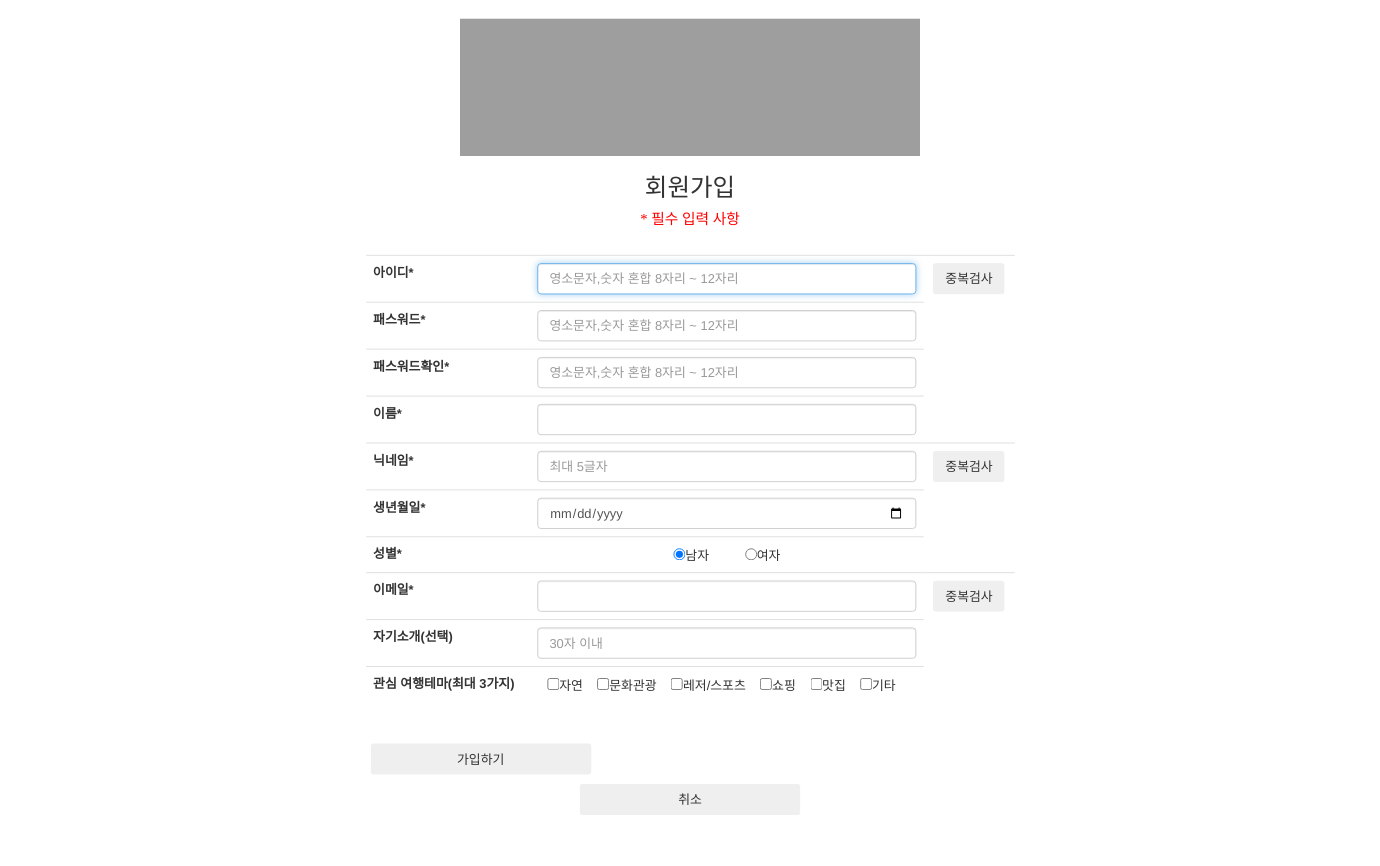
Repository: yhj4130/FinalProject
Page: http://localhost/TogatherProject/WEB-INF/views/login/Join.jsp
These files come from the project's save history. The page is drawn as it stood at one moment and after a run of saves; the edit follows.
The browser window is 1280 px wide. The page is 1500 px wide, so the pictures cover 1500 px, including what lies to the right of the window. The pictures show the whole page, at 92% of full size.
Pictures or frames that could not be fetched are drawn as grey boxes. The page is served by Tomcat 9. Nobody is signed in. The template is opened directly, without the code that normally fills it, so the values that code supplies are empty.

Above is the page before, as saved 2019-07-12 13:50:56.

### TogatherProject/src/main/webapp/WEB-INF/views/login/Join.jsp
<%@ page contentType="text/html; charset=UTF-8"%>
<%@ taglib prefix="c" uri="http://java.sun.com/jsp/jstl/core"%>

<%
	request.setCharacterEncoding("UTF-8");
	String cp = request.getContextPath();
%>
<!DOCTYPE html>
<html>
<head>
<meta charset="UTF-8">
<title>To_gather</title>
<script src="http://code.jquery.com/jquery-latest.min.js"></script>
<link rel="stylesheet" href="https://maxcdn.bootstrapcdn.com/bootstrap/3.3.2/css/bootstrap.min.css">
<link rel="stylesheet" href="https://maxcdn.bootstrapcdn.com/bootstrap/3.3.2/css/bootstrap-theme.min.css">
<script src="https://maxcdn.bootstrapcdn.com/bootstrap/3.3.2/js/bootstrap.min.js"></script>

<script type="text/javascript">

	function themaCodeArr() {
		var themaCode = [];
		$("input[name='themaCode']:checked").each(function(i){
			themaCode.push($(this).val());
		})
	}

</script>

</head>
<body>
	<div class="container" style="width: 1500px;">
		<div class="row">
			<div class="col-sm-12 text-center">
				<div class="col-sm-3"></div>

				<div class="col-sm-6">
					<h2><a href="beforemain.do"><img src="<%=cp %>/resources/images/To_gather.png" style="width: 500px;" height="150px;"></a></h2>
					<h3><span style="font-family: 맑은 고딕; font-size: 20pt;">회원가입</span></h3>
					<h5><span style="font-family: 맑은 고딕; font-size: 12pt; color: red;">* 필수 입력 사항</span></h5>
					<br>
					<form action="joininsert.do"  method="post" id="form" >
						<table class="table table-boardered">
							<tr>
								<th>아이디*</th>
								<td>
									<input type="text" class="form-control" id="userId" name="userId"
									placeholder="영소문자,숫자 혼합 8자리 ~ 12자리" onkeydown="inputIdChk()">
								</td>
								<td>
									<button type="button" class="btn" id="idCheckBtn">중복검사</button>
									<input type="hidden" id="idCheck" value="idUncheck">
								</td>
							</tr>
							<tr>
								<th>패스워드*</th>
								<td><input type="password" class="form-control" id="userPw" name="userPw"
									placeholder="영소문자,숫자 혼합 8자리 ~ 12자리"></td>
							</tr>

							<tr>
								<th>패스워드확인*</th>
								<td><input type="password" class="form-control" id="pw2" name="pw2"
									placeholder="영소문자,숫자 혼합 8자리 ~ 12자리"></td>
							</tr>

							<tr>
								<th>이름*</th>
								<td><input type="text" class="form-control" name="name" id="name"></td>
							</tr>

							<tr>
								<th>닉네임*</th>
								<td><input type="text" class="form-control" id="nickName" name="nickName"
									placeholder="최대 5글자" onkeydown="inputNickNameChk()">
								</td>
								<td>
									<button type="button" class="btn" id="nicknameCheckBtn">중복검사</button>
									<input type="hidden" id="nicknameCheck" value="nicknameUncheck">
								</td>
							</tr>

							<tr>
								<th>생년월일*</th>
								<td><input type="date" class="form-control" id="birth" name="birth"></td>

							</tr>

							<tr>
								<th>성별*</th>
								<td>
									<input type="radio" name="genderCode" value="1" checked="checked">남자
									&nbsp;&nbsp;&nbsp;&nbsp;&nbsp;&nbsp;&nbsp;&nbsp;
									<input type="radio" name="genderCode" value="2">여자</td>
							</tr>

							<tr>
								<th>이메일*</th>
								<td>
									<input type="email" class="form-control" id="email" name="email" onkeydown="inputEmailChk()">
								</td>
								<td>
									<button type="button" class="btn" id="emailCheckBtn">중복검사</button>
									<input type="hidden" id="emailCheck" value="emailUncheck">
								</td>
							</tr>

							<tr>
								<th>자기소개(선택)</th>
								<td><input type="text" class="form-control" id="intro" name="intro"
									placeholder="30자 이내"></td>
							</tr>


							<tr>
								<th>관심 여행테마(최대 3가지)</th>
								<td><input type="checkbox" name="themaCode" value="1" onclick="javascript:chk(this)">자연
									&nbsp;&nbsp; <input type="checkbox" name="themaCode" value="2" onclick="javascript:chk(this)">문화관광
									&nbsp;&nbsp; <input type="checkbox" name="themaCode" value="3" onclick="javascript:chk(this)">레저/스포츠
									&nbsp;&nbsp; <input type="checkbox" name="themaCode" value="4" onclick="javascript:chk(this)">쇼핑
									&nbsp;&nbsp; <input type="checkbox" name="themaCode" value="5" onclick="javascript:chk(this)">맛집
									&nbsp;&nbsp; <input type="checkbox" name="themaCode" value="6" onclick="javascript:chk(this)">기타
									&nbsp;&nbsp;</td>
							</tr>

						</table>
						<br>
						<div style="margin-bottom: 50px;">
						<button type="submit" id="join" name="join" class="btn btn-block" style="width: 240px; margin: 5px;" >가입하기</button>
						<button type="button" class="btn" style="width: 240px; margin: 5px;" onclick="history.go(-1); return false;">취소</button>
						</div>
					</form>

				</div>

			</div>
		</div>
	</div>
<script type="text/javascript">

$("#userId").focus();

// 다시 중복체크
function inputIdChk() {
	document.getElementById("idCheck").value = "idUnCheck";
}
function inputNickNameChk() {
	document.getElementById("nicknameCheck").value = "nicknameUnCheck";
}
function inputEmailChk() {
	document.getElementById("emailCheck").value = "emailUnCheck";
}

	$(document).ready(function()
	{
		var id = /^[A-Za-z0-9+]{8,12}$/;

		var pw = /^[A-Za-z0-9+]{8,12}$/;

		$("#join").click(function()
		{

			if($("#userId").val()=="" || $("#userPw").val()=="" || $("#pw2").val()=="" || $("#name").val()=="" || $("#nickName").val()==""
					|| $("#birth").val()==""  || $("#email").val()=="")
			{
				alert("필수 항목이 누락되었습니다.");
				return false;
			}

			if (!id.test(document.getElementById("userId").value))
			{
				alert("아이디가 조건에 맞지 않습니다");
				$("#userId").focus();
				return false;
			}

			if (!pw.test(document.getElementById("userPw").value))
			{
				alert("패스워드가 조건에 맞지 않습니다");
				$("#userPw").focus();
				return false;
			}

			if(document.getElementById("userPw").value != document.getElementById("pw2").value)
			{
				alert("패스워드와 패스워드확인이 일치하지 않습니다. ");
				$("#pw2").focus();
				return false;
			}

	        if($("#nickName").val().length > 5)
	        {
	        	alert("닉네임은 최대 5글자 입니다.");
	        	$("#nickName").focus();
	            return false;
	        }

	        if($("#intro").val().length > 30)
	        {
	        	alert("30자 이내로 작성해주세요.");
	        	$("#intro").focus();
	            return false;
	        }

			if($("#idCheck").val() != "idCheck")
			{
				alert("아이디를 중복체크 해주세요!");
				return false;
			}

			if($("#nicknameCheck").val() !="nicknameCheck")
			{
				alert("닉네임을 중복체크 해주세요!");
				return false;
			}

			if($("#emailCheck").val()!="emailCheck")
			{
				alert("이메일을 중복체크 해주세요!");
				return false;
			}
		});

		$("#idCheckBtn").click(function() {
			var userId = $("#userId").val();

			if(userId == "")
			{
				alert("아이디를 입력해주세요.");
				return false;
			}

			$.ajax({
				url : "<%=cp%>/idcheck.do",
				type : "post",
				data : {'userId':userId},
				success: function(count) {

					if (!id.test(document.getElementById("userId").value))
					{
						alert("아이디가 조건에 맞지 않습니다");
						$("#userId").focus();
						return false;
					}

					// 중복안됨
					if(count == 0)
					{
						alert("사용가능한 아이디입니다.");
						document.getElementById("idCheck").value = "idCheck";

					}
					else
					{
						alert("중복된 아이디입니다.");
						return false;
					}
				}
			});
		});

		$("#nicknameCheckBtn").click(function() {
			var nickName = $("#nickName").val();

			if(nickName == "")
			{
				alert("닉네임을 입력해주세요.");
				return false;
			}

			$.ajax({
				url : "<%=cp%>/nicknamecheck.do",
				type : "post",
				data : {'nickName':nickName},
				success: function(count) {

					if($("#nickName").val().length > 5)
			        {
			        	alert("닉네임은 최대 5글자 입니다.");
			        	$("#nickName").focus();
			            return false;
			        }

					// 중복안됨
					if(count == 0)
					{
						alert("사용가능한 닉네임입니다.");
						document.getElementById("nicknameCheck").value = "nicknameCheck";
					}
					else
					{
						alert("중복된 닉네임입니다.");
						return false;
					}
				}
			});
		});

		$("#emailCheckBtn").click(function() {
			var email = $("#email").val();

			if(email == "")
			{
				alert("이메일을 입력해주세요.");
				return false;
			}

			$.ajax({
				url : "<%=cp%>/emailcheck.do",
				type : "post",
				data : {'email':email},
				success: function(count) {

					// 중복안됨
					if(count == 0)
					{
						alert("사용가능한 이메일입니다.");
						document.getElementById("emailCheck").value = "emailCheck";

					}
					else
					{
						alert("중복된 이메일입니다.");
						return false;
					}
				}
			});
		});

	});


</script>

<script type="text/javascript">
function chk(obj){

	var chkbox = document.getElementsByName("themaCode");

	var chkCnt = 0;

	for(var i=0;i<chkbox.length; i++){

		if(chkbox[i].checked){

			chkCnt++;

		}
	}

	if(chkCnt>3){

		alert("관심테마는 최대 3개까지 선택가능합니다.");

		obj.checked = false;

		return false;
	}
}
</script>

</body>
</html>

After the next 2 saves:
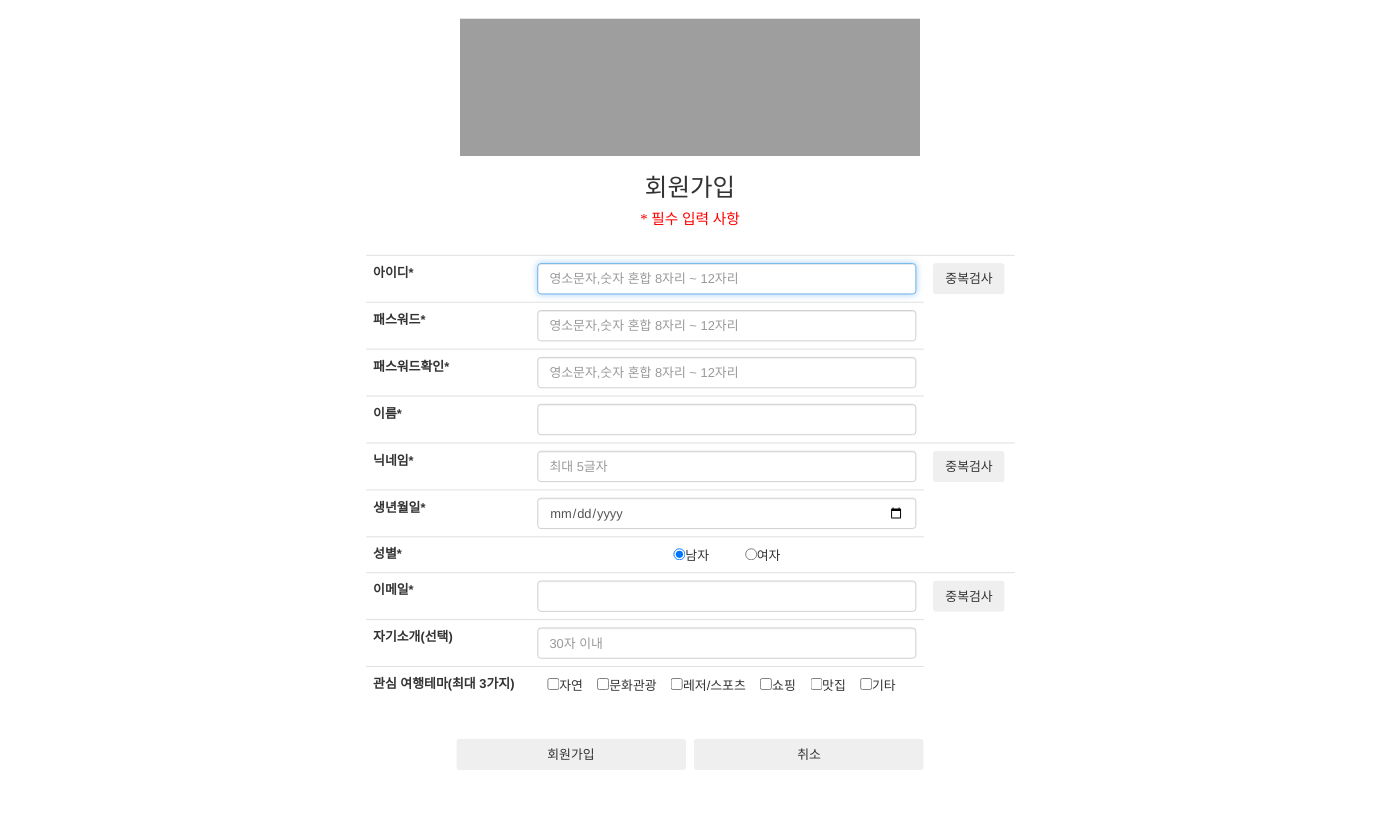
The 2 saves are shown as one change because they came seconds apart.
The last was saved 34 s later.
--- a/TogatherProject/src/main/webapp/WEB-INF/views/login/Join.jsp
+++ b/TogatherProject/src/main/webapp/WEB-INF/views/login/Join.jsp
@@ -124,9 +124,9 @@
 
 						</table>
 						<br>
-						<div style="margin-bottom: 50px;">
-						<button type="submit" id="join" name="join" class="btn btn-block" style="width: 240px; margin: 5px;" >가입하기</button>
-						<button type="button" class="btn" style="width: 240px; margin: 5px;" onclick="history.go(-1); return false;">취소</button>
+						<div style="margin-bottom: 50px; text-align: center;">
+							<button type="submit" id="join" name="join" class="btn" style="width: 250px; margin-right: 5px;">회원가입</button>
+        					<button type="button" class="btn" style="width: 250px;" onclick="history.go(-1); return false;">취소</button>
 						</div>
 					</form>
 
